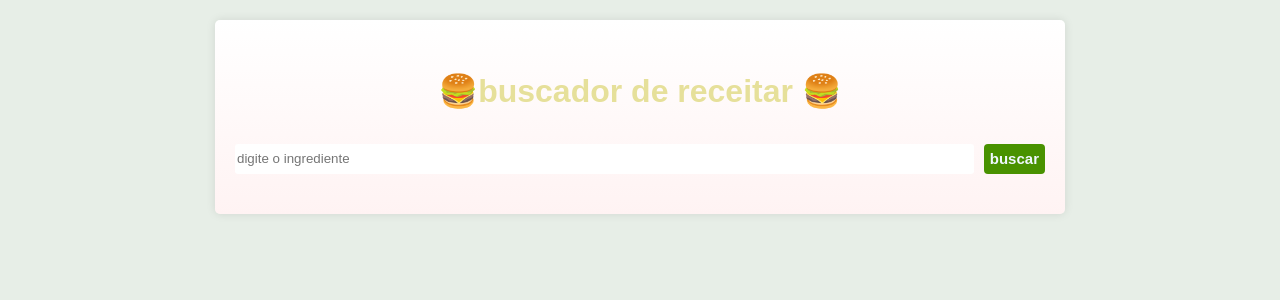
Repository: RoneT9/Receitas
Page: receita.html
The author's editor kept a copy of each file at every save. The page is drawn from the files as they stood at one save, then again after the next save.
The browser window is 1280 px wide. The pictures show the whole page.

Above is the page before, as saved 2026-02-08 16:55:52.

After the next save:
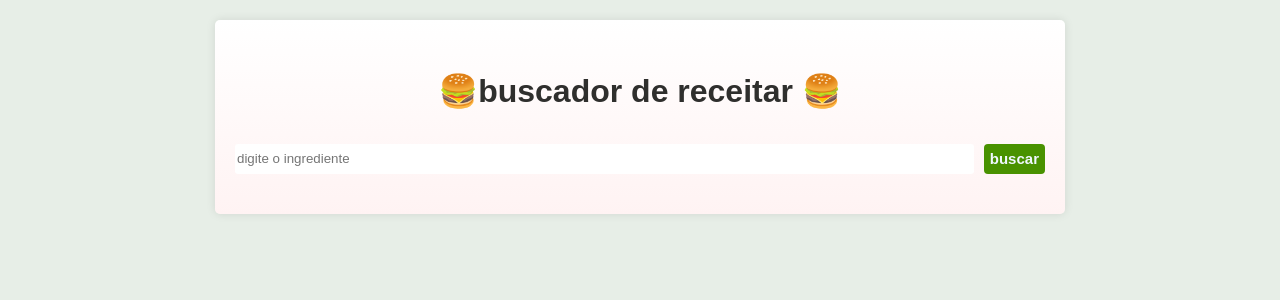
Saved 14 s later.
--- a/receita.css
+++ b/receita.css
@@ -16,7 +16,7 @@ body {
 }
 
 h1 {
-  color: rgb(230, 224, 154);
+  color: rgb(47, 47, 45);
   text-align: center;
 }
 
